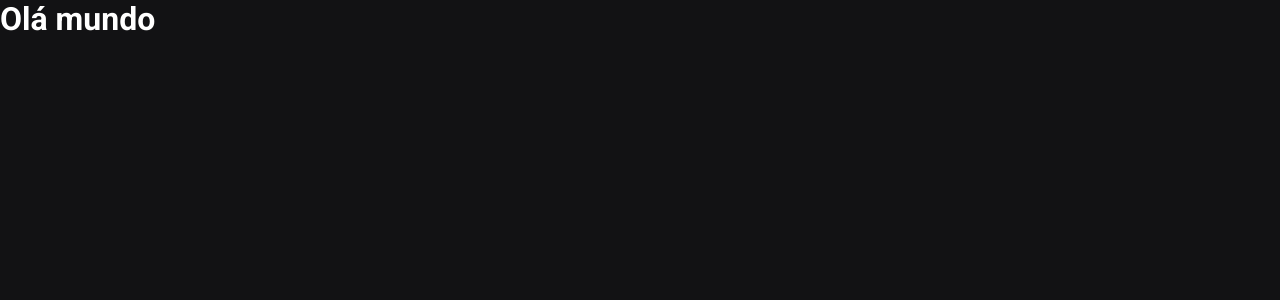
Repository: soualexandre/ignews
Page: /
The author's editor kept a copy of each file at every save. The page is drawn from the files as they stood at one save, then again after the next save.
The browser window is 1280 px wide. The pictures show the whole page.
The project was rebuilt for these pictures with package versions that can differ from the ones it lists, and the page was loaded fresh each time. The framework's server and built-in components were replaced by stand-ins that run in the browser. Also part of the build but not shown: src/components/Header/styles.module.scss.

Above is the page before, as saved 2021-07-21 08:51:31.

After the next save:
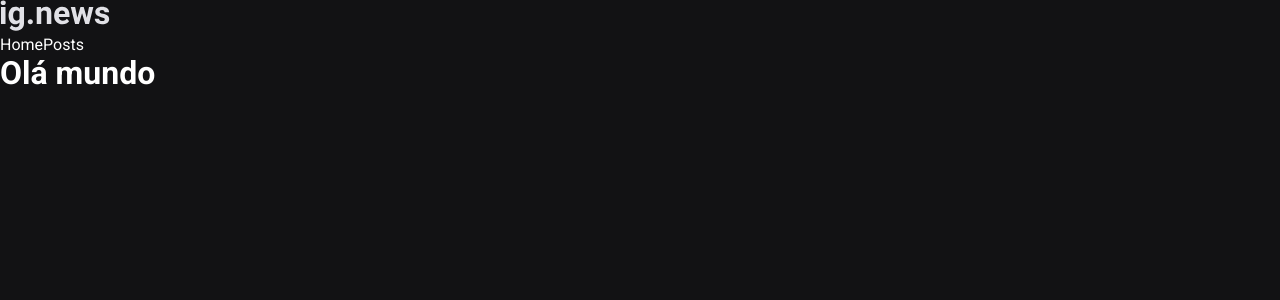
Saved 18 s later.
--- a/src/pages/_app.tsx
+++ b/src/pages/_app.tsx
@@ -2,7 +2,12 @@ import { AppProps } from 'next/app'
 import { Header } from '../components/Header';
 import '../styles/global.scss';
 function MyApp({ Component, pageProps }: AppProps) {
-  return <Component {...pageProps} />
+  return(
+  <>
+    <Header />
+    <Component {...pageProps} />
+  </>
+  );
 }
 
 export default MyApp
